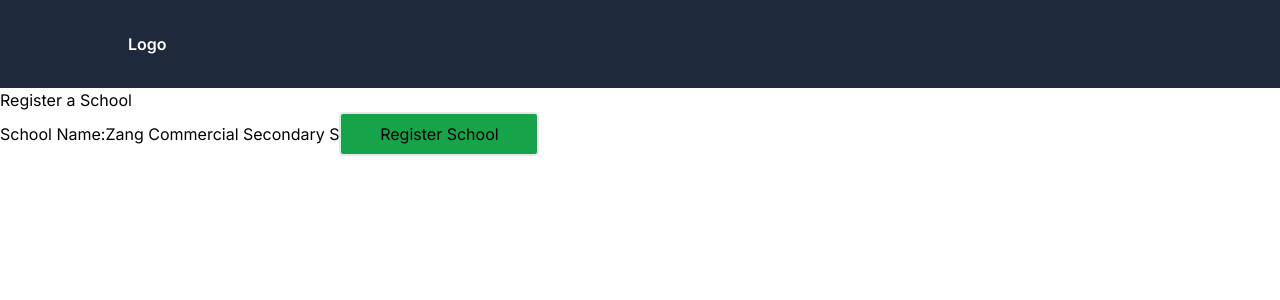
Repository: marcusdashe/fullstack-ts
Page: /school
An editor plug-in stored every save of this project. The page is shown before and after the next save, followed by the edit.
The browser window is 1280 px wide. The pictures show the whole page.
The page's requests for data from a server got no answer. The project was rebuilt for these pictures with package versions that can differ from the ones it lists, and the page was loaded fresh each time. The framework's server and built-in components were replaced by stand-ins that run in the browser. No one was signed in, and anything a server would have sent is missing. Also part of the build but not shown: next.config.js.

Above is the page before, as saved 2023-07-28 12:46:20.

### app/layout.tsx
import "./globals.css";
import type { Metadata } from "next";
import { Inter } from "next/font/google";
import Navbar from "./components/NavBar";

const inter = Inter({
  weight: ["400", "600"],
  subsets: ["latin"],
});

export const metadata: Metadata = {
  title: "SMP",
  description: "School Management System for Secondary School",
  keywords: ["smp", "lms", "marcus"],
};

export default function RootLayout({
  children,
}: {
  children: React.ReactNode;
}) {
  return (
    <html lang="en">
      <body className={inter.className}>
        <Navbar />
        {children}
      </body>
    </html>
  );
}

### app/school/page.tsx
"use client";

import { useState } from "react";
import SchoolService, { School } from "../services/api/school.service";

const RegisterSchoolPage: React.FC = () => {
  const initialFormData: School = {
    schoolName: "Zang Commercial Secondary School",
    schoolAddress: "Bukuru Road Opposite Tetengi Estate",
    schoolPhoneNumber: "08034477604",
    schoolWebsite: "www.zangcommercial.com",
    schoolEmail: "contact@zangcommercial.com",
    schoolLogo: "",
  };

  const [formData, setFormData] = useState<School>(initialFormData);

  const handleChange = (e: React.ChangeEvent<HTMLInputElement>) => {
    const { name, value } = e.target;
    setFormData((prevFormData) => ({
      ...prevFormData,
      [name]: value,
    }));
  };

  const handleSubmit = async (e: React.FormEvent) => {
    e.preventDefault();
    try {
      await SchoolService.registerSchool(formData);

      console.log("School registered successfully");
      setFormData(initialFormData);
    } catch (error) {
      console.error("Error registering school:", error);
    }
  };

  return (
    <div>
      <h1>Register a School</h1>

      <form onSubmit={handleSubmit}>
        <label>
          School Name:
          <input
            type="text"
            name="school"
            value={formData.schoolName}
            onChange={handleChange}
          />
        </label>
        <button
          type="submit"
          className="border-2 bg-green-600 rounded p-2 w-[200px]  "
        >
          Register School
        </button>
      </form>
    </div>
  );
};

export default RegisterSchoolPage;

### app/components/NavBar.tsx
"use client";

import React, { useEffect } from "react";
import { useRouter, usePathname } from "next/navigation";
import Link from "next/link";
// import Logo from "./Logo";
// import { TwitterIcon, GithubIcon, LinkedInIcon } from "./Icons";
// import { motion } from "framer-motion";

type CustomLinkProps = {
  href: string;
  title: string;
  className: string | object;
};

const CustomLink = ({ href, title, className = "" }: CustomLinkProps) => {
  const router = useRouter();
  const pathname = usePathname();

  return (
    <Link href={href} className={`${className} relative group`}>
      {title}
      <span
        className={`h-[1px] inline-block bg-dark absolute left-0 -bottom-0.5 group-hover:w-full transition-[width] ease duration-300 ${
          pathname === href ? "w-full" : "w-0"
        }`}
      >
        &nbsp;
      </span>
    </Link>
  );
};

const Navbar: React.FC = () => {
  const pathname = usePathname();
  useEffect(() => {
    console.log(pathname);
  });
  return (
    <header
      className="w-full px-32 py-8 font-bold
            flex items-center justify-between sticky top-0 z-10 bg-slate-800 text-white"
    >
      <nav>
        <CustomLink href="/" title="Logo" className="mr-4" />
        {/* <CustomLink href="/about" title="About" className="mx-4" /> */}
      </nav>

      <nav className="flex items-center justify-center flex-wrap">
        {pathname === "/school" ? null : (
          <a
            href="/school"
            className={` w-max-content mx-3 text-orange-300 border border-white p-3 rounded-lg hover:border-none hover:text-white duration-500`}
          >
            Register School
          </a>
        )}

        <a
          href="https://www.linkedin.com/in/marcus-dashe-15a088202"
          target={"_blank"}
          className="w-6 mx-3"
        ></a>
        <a
          href="https://www.github.com/marcusdashe"
          target={"_blank"}
          className="w-6 ml-3"
        >
          {/* <GithubIcon /> */}
        </a>
      </nav>
      <div className="absolute left-[50%] top-2 translate-x-[-50]">
        {/* <Logo /> */}
      </div>
    </header>
  );
};

export default Navbar;

### app/services/api/school.service.ts
import axios, { AxiosResponse } from "axios";
import config from "../config";

export interface School {
  schoolName: string;
  schoolAddress: string;
  schoolPhoneNumber: string;
  schoolWebsite: string;
  schoolEmail: string;
  schoolLogo: string;
}

const API_URL: string = config.API_BASE_URL;

class SchoolService {
  static client = axios.create({
    baseURL: API_URL,
  });

  async registerSchool(school: School): Promise<AxiosResponse<School>> {
    const response = await SchoolService.client.post<School>(
      "/schools/create",
      school
    );
    return response;
  }

  async fetchAllSchools(): Promise<AxiosResponse<School[]>> {
    const response = await SchoolService.client.get<School[]>("/schools/all");
    return response;
  }

  async fetchSchoolById(id: number): Promise<AxiosResponse<School>> {
    const response = await SchoolService.client.get<School>(`/school/${id}`);
    return response;
  }

  async updateSchool6(
    school: School,
    id: number
  ): Promise<AxiosResponse<School>> {
    const response = await SchoolService.client.put<School>(
      `/schools/${id}`,
      school
    );
    return response;
  }

  async delSchoolById(id: number): Promise<AxiosResponse<void>> {
    const response = await SchoolService.client.delete<void>(`/schools/${id}`);
    return response;
  }

  async fetchSchoolByName(schoolName: string): Promise<AxiosResponse<School>> {
    const response = await SchoolService.client.get<School>(
      `/schools/byName/${schoolName}`
    );
    return response;
  }

  async fetchSchoolByPhoneNumber(
    phoneNumber: string
  ): Promise<AxiosResponse<School>> {
    const response = await SchoolService.client.get<School>(
      `/schools/byPhoneNumber/${phoneNumber}`
    );
    return response;
  }

  async fetchSchoolByWebsite(
    schoolWebsite: string
  ): Promise<AxiosResponse<School>> {
    const response = await SchoolService.client.get<School>(
      `/schools/byWebsite/${schoolWebsite}`
    );
    return response;
  }

  async fetchSchoolByEmail(email: string): Promise<AxiosResponse<School>> {
    const response = await SchoolService.client.get<School>(
      `/schools/byEmail/${email}`
    );
    return response;
  }
}

export default new SchoolService();

### app/services/config.ts
export default {
  API_BASE_URL:
    `${process.env.NEXT_PUBLIC_BACKEND_BASE_URL}/api-v1` ||
    "http://localhost:8000/api-v1",
};

Loaded but not shown: app/globals.css (common file); tailwind.config.js (common file)

After the next save:
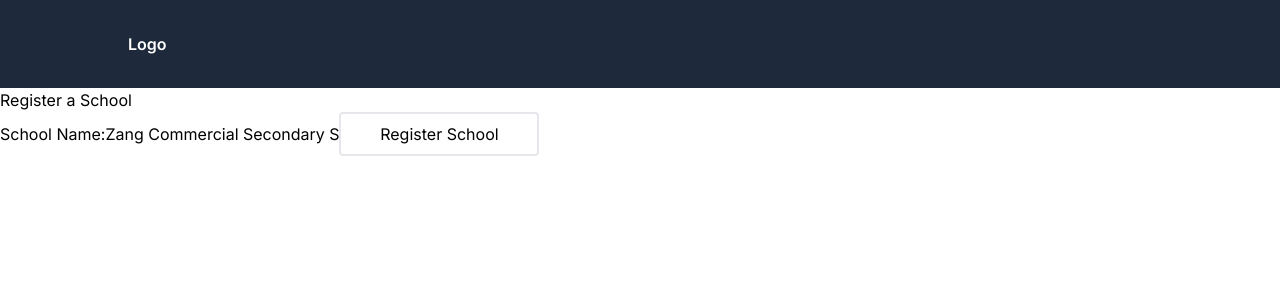
Saved 16 s later.
--- a/app/school/page.tsx
+++ b/app/school/page.tsx
@@ -51,7 +51,7 @@ const RegisterSchoolPage: React.FC = () => {
         </label>
         <button
           type="submit"
-          className="border-2 bg-green-600 rounded p-2 w-[200px]  "
+          className="border-2 bg-green- rounded p-2 w-[200px]  "
         >
           Register School
         </button>
